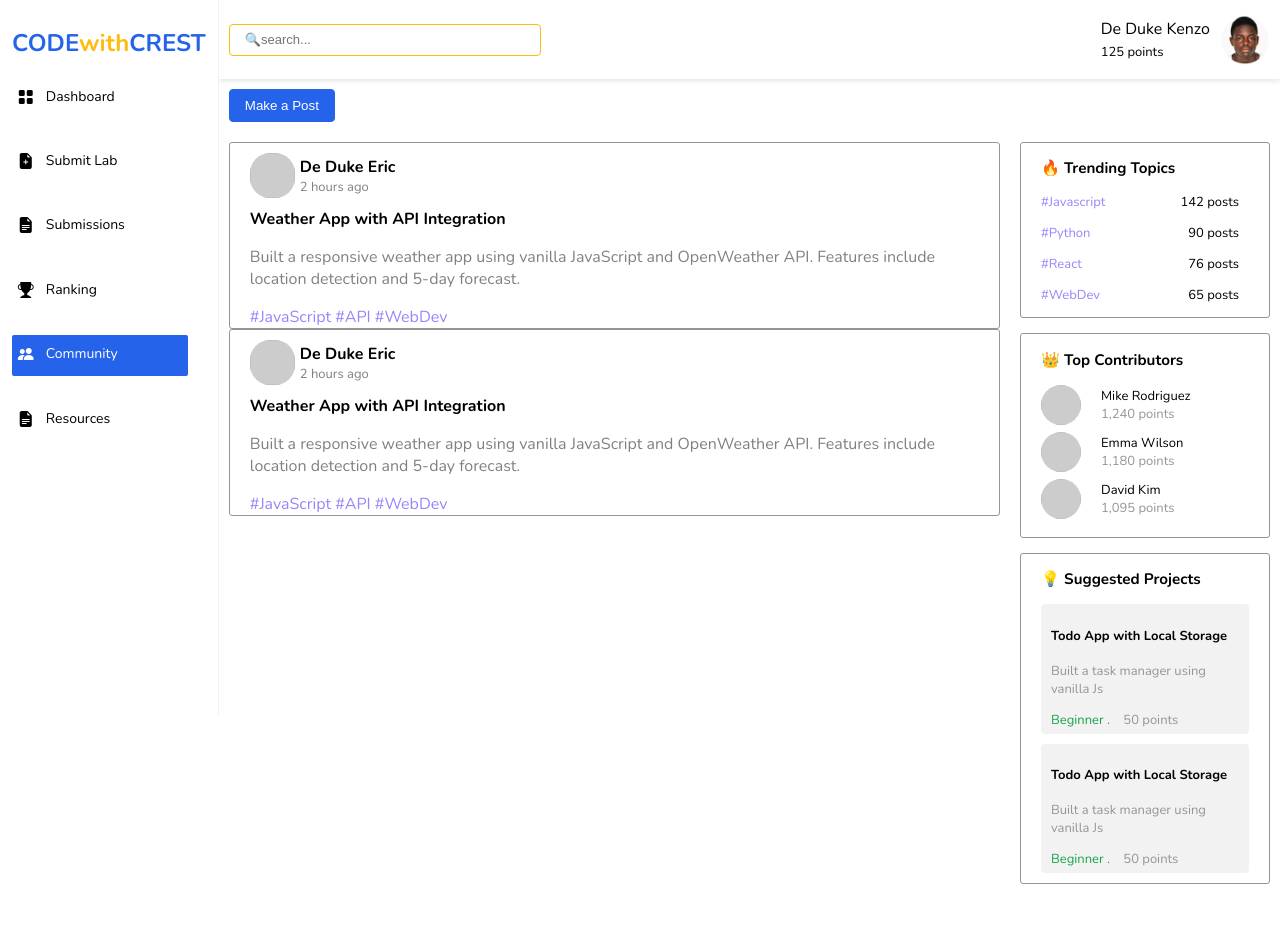
Repository: CarlTeclancing/codewithcrest
Page: /dashboard/community
An editor plug-in stored every save of this project. The page is shown before and after the next save, followed by the edit.
The browser window is 1280 px wide. The pictures show the whole page.
The project was rebuilt for these pictures with package versions that can differ from the ones it lists, and the page was loaded fresh each time. Also part of the build but not shown: vite.config.js, src/pages/Dashboard/dashboard.css, globals.js, src/pages/Dashboard/Dashboard.jsx, src/pages/ranking/ranking.css, src/components/UserCard.jsx, src/pages/ranking/Ranking.jsx, src/components/GuideLines.jsx and 15 more.

Above is the page before, as saved 2025-09-09 15:16:42.

### index.html
<!doctype html>
<html lang="en">
  <head>
    <meta charset="UTF-8" />
    <link rel="icon" type="image/svg+xml" href="./src/assets/react.svg" />
    <meta name="viewport" content="width=device-width, initial-scale=1.0" />
    <title>CODEwithCREST</title>
    <link rel="stylesheet" href="https://cdn.jsdelivr.net/npm/bootstrap-icons@1.13.1/font/bootstrap-icons.min.css">
    <!-- fonts-->
     <link rel="preconnect" href="https://fonts.googleapis.com">
     <link rel="preconnect" href="https://fonts.gstatic.com" crossorigin>
     <link href="https://fonts.googleapis.com/css2?family=Nunito:ital,wght@0,200..1000;1,200..1000&display=swap" rel="stylesheet">
  </head>
  <body>
    <div id="root"></div>
    <script type="module" src="/src/main.jsx"></script>
  </body>
</html>

### src/main.jsx
import { StrictMode } from 'react'
import { createRoot } from 'react-dom/client'
import './index.css'
import App from './App.jsx'
import 'react-responsive-modal/styles.css';


createRoot(document.getElementById('root')).render(
  <StrictMode>
    <App/>
  </StrictMode>,
)

### src/index.css
:root {
  /* CSS variables */
   --primary-color: #5B0C4E;
   --primary-color-hover: #5b0c4edc;
   --bg-color: #FFFAFE;
   --bg-white: #ffffff;
   --text-color: #262626;
   --border-color: #93B4FD;
   --bg-tab: #DECADB;

   --pending: #EA5254;
   --completed: #3CDA7D;
   --in-progress: #F9BD3B;

   --primary-white-color: white;
   --primary-black-color: black;
   --primary-error-color: red;
 }

body{
  /* border: solid 1px blue; */
  margin: 0%;
  width: 100%;
  height: auto;
  /* display: flex; */
  /* justify-content: center; */
  font-family: "Nunito", sans-serif;
  font-optical-sizing: auto;
  font-weight: 400;
  font-style: normal;
  overflow-x: hidden;
}
/* .post{
  width: 80%;
  display: flex;
  flex-direction: row;
  flex-wrap: wrap;
  align-items: center;
  justify-content: center;
}
.individual-post{
  width: 500px;
  height: auto;
  background-color: rgba(0, 0, 0, 0.05);
  margin: 12px;
  padding: 24px;
  border-radius: 12px;
  border: 1px solid rgba(0, 0, 0, 0.05);
  color: black;
} */

### src/pages/community/Community.jsx
import React from 'react'
import './community.css'
import { Link } from 'react-router-dom'
import { useState } from "react"
import Img1 from '../../assets/img1.jpg'
import CommunityPost from '../../components/CommunityPost.jsx'
import {Modal} from 'react-responsive-modal'

const posts = [
  { name: 'De Duke Eric', pic: '../../assets/img1.jpg', time:'2 hours ago', title:'Weather App with API Integration', description:'Built a responsive weather app using vanilla JavaScript and OpenWeather API. Features include location detection and 5-day forecast.', hashtags:'#JavaScript #API #WebDev' },
  { name: 'De Duke Eric', pic: '../../assets/img1.jpg', time:'2 hours ago', title:'Weather App with API Integration', description:'Built a responsive weather app using vanilla JavaScript and OpenWeather API. Features include location detection and 5-day forecast.', hashtags:'#JavaScript #API #WebDev' },

];


function Community() {

  const [formData, setFormData] = useState({
    title: "",
    content: "",
  });
  const [showModal ,setShowModal] = useState(false)

  const handleChange = (e) => {
    setFormData({
      ...formData,
      [e.target.name]: e.target.value,
    });
  };

  const handleSubmit = async (e) => {
    e.preventDefault();

    try {
      const res = await fetch("http://localhost:5000/api/posts", {
        method: "POST",
        headers: {
          "Content-Type": "application/json",
        },
        body: JSON.stringify(formData),
      });

      const data = await res.json();
      if (res.ok) {
        alert("Post created successfully!");
        console.log(data);
      } else {
        alert(data.error);
      }
    } catch (err) {
      console.error(err);
      alert("Something went wrong");
    }
  };
  return (
    <div className='dashboard-container'>

      <PostModal
        showModal={showModal}
        setShowModal={setShowModal}
        formData={formData}
        handleChange={handleChange}
        handleSubmit={handleSubmit}
      />

      <div>
        <button onClick={()=>setShowModal(true)} >Make a Post</button>
      </div>
        <div className="community-page">
            <div className="left-side">
                {posts.map((post, index) => (
                <CommunityPost
                    key={index}
                    name={post.name}
                    Pic={post.pic}
                    time={post.time}
                    title={post.title}
                    description={post.description}
                    code={post.code}
                    hashtags={post.hashtags}
                />
                ))}
            </div>

            <div className="right-side">
                <div className="form-post">
                    <h3>🔥 Trending Topics</h3>
                    <p className="trends">
                        <span className="hashtag">#Javascript</span>
                        <span>142 posts</span>
                    </p>
                    <p className="trends">
                        <span className="hashtag">#Python</span>
                        <span>90 posts</span>
                    </p>
                    <p className="trends">
                        <span className="hashtag">#React</span>
                        <span>76 posts</span>
                    </p>
                    <p className="trends">
                        <span className="hashtag">#WebDev</span>
                        <span>65 posts</span>
                    </p>
                </div>

                <div className="form-post">
                    <h3>👑 Top Contributors</h3>
                    <div className="top-contributors">
                        <div className="contributors">
                            <img src="" alt="" />
                            <div className="contributor-info">
                                <span className="name">Mike Rodriguez</span>
                                <span className="contributor-point">1,240 points</span>
                            </div>
                        </div>
                        <div className="contributors">
                            <img src="" alt="" />
                            <div className="contributor-info">
                                <span className="name">Emma Wilson</span>
                                <span className="contributor-point">1,180 points</span>
                            </div>
                        </div>
                        <div className="contributors">
                            <img src="" alt="" />
                            <div className="contributor-info">
                                <span className="name">David Kim</span>
                                <span className="contributor-point">1,095 points</span>
                            </div>
                        </div>
                    </div>
                    <br />
                </div>

                <div className="form-post">
                    <h3>💡 Suggested Projects</h3>
                    <div className="suggestion">
                        <h4>Todo App with Local Storage</h4>
                        <p>Built a task manager using vanilla Js</p>
                        <div className="level">
                            <span className="level-name">Beginner . </span>
                            <span className="level-point">50 points</span><br />
                        </div>
                    </div>
                    <div className="suggestion">
                        <h4>Todo App with Local Storage</h4>
                        <p>Built a task manager using vanilla Js</p>
                        <div className="level">
                            <span className="level-name">Beginner . </span>
                            <span className="level-point">50 points</span><br />
                        </div>
                    </div>
                </div>
            </div>
        </div>
    </div>
  )
}

export default Community

const PostModal = ({showModal ,setShowModal ,handleChange ,handleSubmit ,formData}) => {
  return(
    <>
      <Modal open={showModal} onClose={()=>setShowModal(false)}>
        <p>
            <h3 style={{textAlign:'center'}}>Share Post</h3>

            <form onSubmit={handleSubmit}>
              <label htmlFor="">Add Project title</label>
              <input
                type="text"
                name="title"
                value={formData.title}
                onChange={handleChange}
                placeholder="Project title.."
              /><br /> <br />

              <label htmlFor="">Technology Stack</label>
              <input
                type="text"
                name="title"
                value={formData.title}
                onChange={handleChange}
                placeholder=" (e.g., HTML, CSS, React, Node.js)"
              /><br /><br />

              <label htmlFor="">Add Project description</label>
              <textarea
                name="content"
                value={formData.content}
                onChange={handleChange}
                placeholder="Describe your project.."
              ></textarea>
              <br /><br />

              <span className="hashtags">#Javascript </span>
              <span className="hashtags">#HTML</span>
              <span className="hashtags">#CSS</span>
              <span className="hashtags">#Python</span>
                <br /><br />
              <div className="add">
                  <Link> Image</Link>
                  <Link>Code</Link>
              </div>
              <br />
              <button style={{width:'100%'}}>Post Project</button>
            </form>
          </p>
      </Modal>
    </>
  )
}

### src/providers/userProvider.jsx
import React ,{createContext ,useState} from "react";


const UserContext = createContext()

export const UserProvider = ({children}) => {
    const [user ,setUser] = useState()

    return (<UserContext.Provider value={{user:user ,setUser:setUser}}  >{children}</UserContext.Provider>)
}

export default UserContext

### src/Layout/DashboardLayout.jsx
import React from "react";
import Sidebar from "../components/Sidebar";
import { Outlet } from "react-router-dom";
import Header from "../components/Header";
import '../styles/layout.css'


const DashboardLayout = () => {
    return(
        <React.Fragment>
            <div style={{border:'solid 0px blue',display:'flex' }}>
                <Sidebar/>

                <div style={{border:'solid 0px red' ,flex:1 ,display:'flex', flexDirection:'column'}}>
                    <div>
                        <Header/>
                    </div>
                    <div>
                        <Outlet/>
                    </div>
                </div>
            </div>

        </React.Fragment>
    )
}

export default DashboardLayout

### src/pages/community/community.css
.community-page{
    display: flex;
    gap: 20px;
    /* padding-right: 20px; */
}
.form-post span{
    margin-right: 10px;
}
.left-side{
    /* width: 60%; */
    flex: 1;
    display: flex;
    /* margin-right: 20px; */
    flex-direction: column;
}
.right-side{
    width: 250px;
    display: flex;
    flex-direction: column;
    font-size: small;
    gap: 15px;
}
.firstline{
    display: flex;
    align-items: center;
}
.contributor-info{
    display: flex;
    flex-direction: column;
    /* border: solid 1px red; */
    padding: 0;
    margin: 0;
    line-height: normal;
}
.contributors img{
  width: 40px;
  height: 40px;
  background-color: rgba(0,0,0,0.2);
  border-radius: 50%;
  margin-right: 20px;
}
input{
    height: 23px;
}
textarea{
    height: 70px;
}
input, textarea{
    width:90%;
    outline: none;
    padding: 5px 10px;
    border-radius: 3px;
    border: 1px solid #959595;
}
.bottom{
    display: flex;
    align-items: center;
    justify-content: space-between;
}
.add a{
    color: #959595;
    margin-right: 15px;
    text-decoration: none;
}
.bottom button{
    color: white;
    padding: 8px 12px;
    border-radius: 6px;
    border: 1px solid #9b83fc;
    background-color: #9b83fc;
}
.trends{
    display: flex;
    justify-content: space-between;
}
.hashtag{
    color: #9b83fc;
}
.top-contributors{
    display: flex;
    flex-direction: column;
    gap: 7px;
}
.contributors, .top-contributors{
    margin: 0% !important;
}
.contributors{
    display: flex;
    align-items: center;
}
.contributor-point{
    color: #959595;
}
.suggestion{
    padding: 5px 10px;
    margin-bottom: 10px;
    border-radius: 4px;
    background-color: #f3f2f2;
}
.level-name{
    color: #16A34A;
}
.suggestion p, .level-point{
    color: #959595;
}
.post-profile{
    display: flex;
    padding: 10px 0px;
    align-items: center;
    gap: 5px;
}
.form-post{
    padding: 0px 20px;
    border-radius: 3px;
    border: 1px solid #959595;
}
.post-profile img{
    width: 45px;
    height: 45px;
    background-color: rgba(0,0,0,0.2);
    border-radius: 20px;
}
.post-profile .name{
    font-weight: bold;
}
.post-profile .time{
    font-size: small;
    color: grey;
}
.post-profile-info{
    display: flex;
    flex-direction: column;
}

### src/components/CommunityPost.jsx
import React from 'react'

function CommunityPost({name, time, pic, code, title, description, hashtags}) {
  return (
    <div className='form-post'>
        <div className="post-profile">
            <img src={pic} alt="" />
            <div className="post-profile-info">
                <span className="name">{name}</span>
                <span className="time">{time}</span>
            </div>
        </div>

        <strong>{title}</strong>
        <p style={{color:'grey'}} >{description}</p>
        <p>{code}</p>
        <span className='hashtag'>{hashtags}</span>
        {/* <div className="icons">

        </div> */}
    </div>
  )
}

export default CommunityPost

### src/components/Header.jsx
import React ,{useState ,useEffect} from 'react'
// import  './layout.css'
import Img1 from '../assets/img1.jpg'


function Header() {

  const [showMenu ,setShowMenu] = useState(false)

  useEffect(()=>{
    if(window.innerWidth <= 500){
      setShowMenu(true)
    }
  },[window.innerWidth])
  console.log(showMenu);


  return (
    <div className='head'>
      {/* {showMenu && <div>
          <span className='bi bi-menu'>🍺</span>
      </div>} */}

      {/* <h2 className="logo"><span>CODE</span>with<span>CREST</span></h2> */}
        <div>
          <span style={{display:'flex', alignItems:'center'}}>
            <input type="text"  className='search' placeholder='🔍search...  '/>
          </span>
        </div>

        <div className="profile" style={{cursor:'pointer'}}>
            <p className='name'>De Duke Kenzo<br/><span className='points'>125 points</span></p>
            <img src={Img1} alt="" />
        </div>
    </div>
  )
}

export default Header

### src/styles/layout.css

.guidelines{
  /* border: solid 1px cyan; */
  padding: 5px;
}
.guide{
  width: 250px;
  border-radius: 10px;
  font-size: small;
  border: 1px solid #93B4FD;
  background-color: #F0F9FF;
  padding:10px;
  display: flex;
  flex-direction: column;
  color: grey;
}
.guide h3{
  color: black;
  /* line-height: normal; */
}
.guide ul{
  list-style: none;
}
.guide-container{
  /* width: 100%; */
  display: flex;
  flex-wrap: wrap;
  gap: 15px;
  /* justify-content: space-between; */
}
.guide-container div:first-child{
  border-left: 4px solid var(--primary-color);
}
.guide-container div:nth-child(2){
  border-left: 4px solid var(--primary-error-color);
  /* margin-left: 12px; */
}
.guide-container div:nth-child(3){
  border-left: 4px solid var(--completed);
  /* margin-left: 12px; */
}

.nav-element{
  margin-left: 12px;
  font-size: 14px;
  width: 100%;
}

.head{
  padding: 10px;
  height:59px;
  /* width: 98%; */
  display: flex;
  align-items: center;
  justify-content: space-between !important;
  background-color: #ffffff;
  box-shadow: 0 2px 5px rgba(0, 0, 0, 0.1);
}

.icon{
  margin-right: 10px;
}
.search{
  width: 280px;
  height: 30px;
  outline: none;
  border-radius: 4px;
  border: 1px solid #FFBC10;
  padding: 0 15px;
}
.profile{
  display: flex;
  align-items: center;
}
.profile img{
  width: 50px;
  border-radius: 50%;
  margin-left: 10px;
}

.dashboard-container{
  padding: 10px;
  padding-bottom: 50px;
  /* border: solid 1px green; */
  overflow: auto;
  display: flex;
  flex-direction: column;
  gap: 20px;
}

### src/styles/sideBarStyles.css
.sidebar-admin{
  top: 0;
  max-width: 200px;
  display: flex;
  padding: 12px;
  flex-direction: column;
  background-color: #ffffff;
  scroll-behavior: smooth;
  border-right: solid 1px rgba(0,0,0,0.05);
  /* border: solid 1px red; */
  position: sticky;
  height: 96vh;
}
.sidebar-admin a{
  text-decoration: none;
  color: black;
  margin-bottom: 20px;
  background-color: rgba(255, 255, 255, 0.527);
  border-radius: 3px;
  transition: 0.3s, color 0.3s;
  display: flex;
}
.navbar{
  display: flex;
  flex-direction: column;
  justify-content: space-between;
}
.logo{
 margin:0px;
 font-weight: bolder;
 color: #FFBC10;
 line-height: normal;
 padding: 15px 0px;
}
.logo span{
  color: #2563EB;
}
.section{
  margin: 3px 0;
  width: 85%;
  padding: 5% 3%;
  border-radius: 2px;
}
.section:hover, .section.active{
  cursor: pointer;
  border-radius: 2px;
  color: white;
  background-color: #2563EB;
}

@media screen and (max-width:500px) {
.sidebar-admin{
  border: solid 1px red;
  padding: 0px;
  max-width: 0px;
  overflow: hidden;
}

}

Loaded but not shown: src/pages/resources/resource.css (164 lines, source omitted); src/pages/submitLab/submitlab.css (134 lines, source omitted); src/components/Sidebar.jsx (49 lines, source omitted); src/App.jsx (81 lines, source omitted)

After the next save:
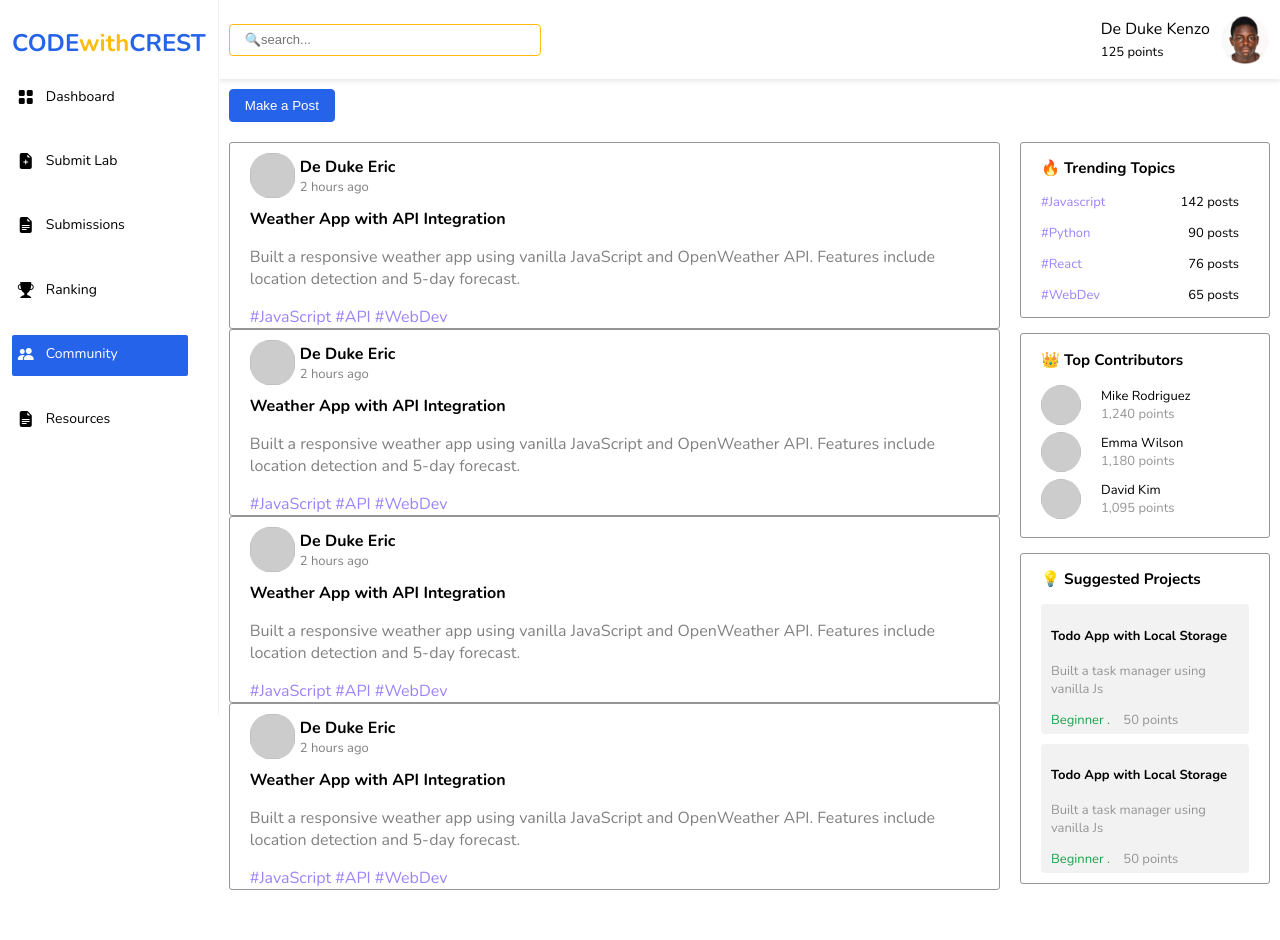
Saved 60 s later.
--- a/src/pages/community/Community.jsx
+++ b/src/pages/community/Community.jsx
@@ -80,6 +80,18 @@
                     hashtags={post.hashtags}
                 />
                 ))}
+                {posts.map((post, index) => (
+                <CommunityPost
+                    key={index}
+                    name={post.name}
+                    Pic={post.pic}
+                    time={post.time}
+                    title={post.title}
+                    description={post.description}
+                    code={post.code}
+                    hashtags={post.hashtags}
+                />
+                ))}
             </div>
 
             <div className="right-side">

After the 2 saves that followed:
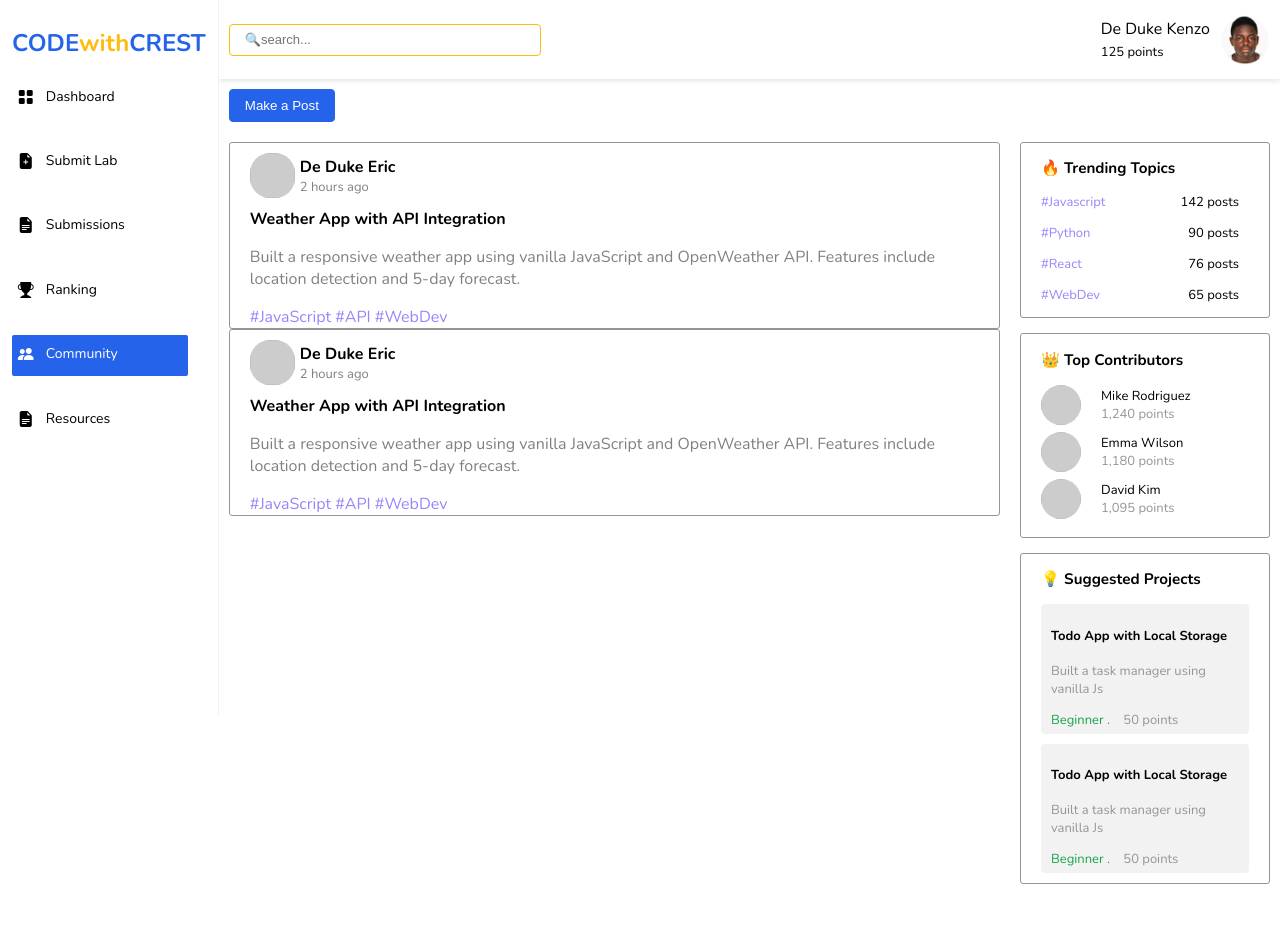
The 2 saves are shown as one change because they came seconds apart.
The last was saved 32 s later.
--- a/src/pages/community/Community.jsx
+++ b/src/pages/community/Community.jsx
@@ -80,18 +80,6 @@
                     hashtags={post.hashtags}
                 />
                 ))}
-                {posts.map((post, index) => (
-                <CommunityPost
-                    key={index}
-                    name={post.name}
-                    Pic={post.pic}
-                    time={post.time}
-                    title={post.title}
-                    description={post.description}
-                    code={post.code}
-                    hashtags={post.hashtags}
-                />
-                ))}
             </div>
 
             <div className="right-side">
